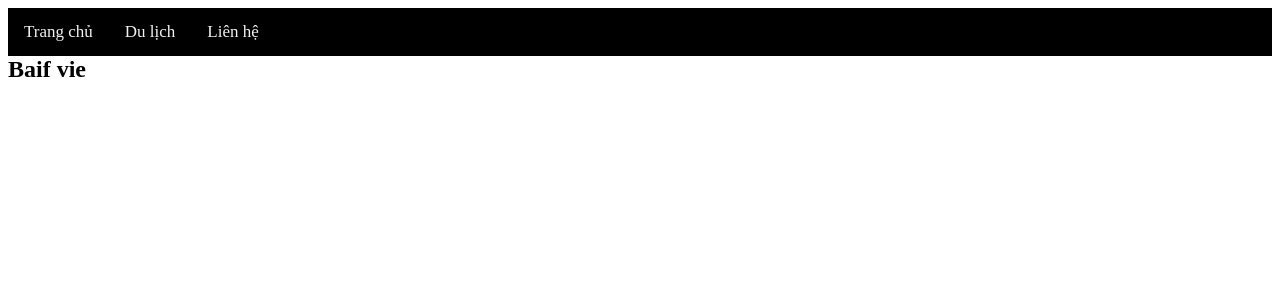
Repository: Lehuyhuynh/BTH2-CSS
Page: BTH3/BTH4/index.html
An editor plug-in stored every save of this project. The page is shown before and after a run of saves, followed by the edit.
The browser window is 1280 px wide. The pictures show the whole page.

Above is the page before, as saved 2023-08-11 16:46:11.

### BTH3/BTH4/index.html
<!DOCTYPE html>
<html lang="en">
<head>
  <meta charset="UTF-8">
  <meta name="viewport" content="width=device-width, initial-scale=1.0">
  <link rel="stylesheet" href="style.css">
  <title>BTH4</title>
</head>
<body>
  <div class="container">

    <div class="navbar">
      <a href="Trang chủ">Trang chủ</a>
      <a href="Du lịch">Du lịch</a>
      <a href=" Liên hệ">Liên hệ</a>
    </div>

    <div class="contenr">
      <div class="posts">
        <div class="title">
          <h2>Baif vie</h2>
        </div>
      </div>
    </div>

    <div class="footer"></div>

  </div>

</body>
</html>

### BTH3/BTH4/style.css
.container {
  width: 100%;
  margin: 0 auto;
  height: auto;
  float: left;
}

.navbar {
  overflow: hidden;
  background-color: black;
  float: left;
  top: 0;
  width: 100%;
}

.navbar a {
  float: left;
  display: block;
  color: #f2f2f2;
  text-align: center;
  padding: 14px 16px;
  text-decoration: none;
  font-size: 17px;
}

.navbar a:hover {
  background: #ddd;
  color: black;
}

After the next 3 saves:
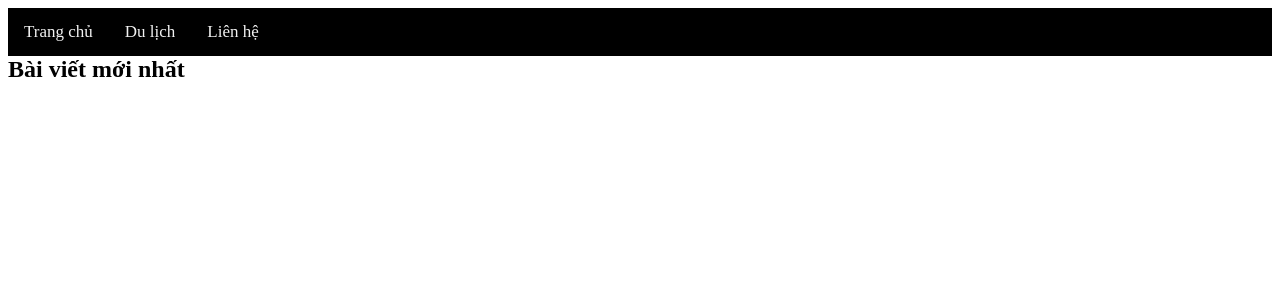
The 3 saves are shown as one change because they came seconds apart.
The last was saved 12 s later.
--- a/BTH3/BTH4/index.html
+++ b/BTH3/BTH4/index.html
@@ -18,7 +18,7 @@
     <div class="contenr">
       <div class="posts">
         <div class="title">
-          <h2>Baif vie</h2>
+          <h2>Bài viết mới nhất</h2>
         </div>
       </div>
     </div>
